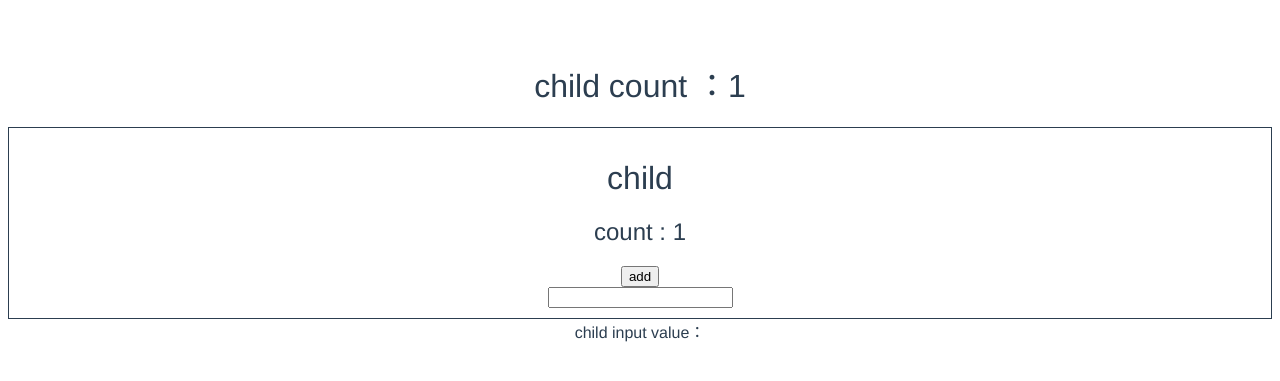
Repository: NotTooTwo/vueRouter
Page: /#/
An editor plug-in stored every save of this project. The page is shown before and after the next save, followed by the edit.
The browser window is 1280 px wide. The pictures show the whole page.
The project was rebuilt for these pictures with package versions that can differ from the ones it lists, and the page was loaded fresh each time.

Above is the page before, as saved 2018-03-13 10:37:19.

### src/components/HelloWorld.vue
<template>
  <div class="hello">
    <h1>child count ：{{childNum}}</h1>
    <!-- 子组件给父组件传参：子组件内(add()函数)$emit触发父组件的预定义的触发函数 -->
    <Child :countNum=1 v-on:childCount="countChildNum"></Child>
    <div>child input value：{{msg}}</div>
  </div>
</template>

<script>
import Child from './child'
export default {
  name: 'HelloWorld',
  data () {
    return {
      msg: '',
      childNum:1
    }
  },
methods:{
  countChildNum(num){
      this.childNum = num;
  }
},
components:{
    Child
  }
}
</script>

<!-- Add "scoped" attribute to limit CSS to this component only -->
<style scoped>
h1, h2 {
  font-weight: normal;
}
ul {
  list-style-type: none;
  padding: 0;
}
li {
  display: inline-block;
  margin: 0 10px;
}
a {
  color: #42b983;
}
</style>

### src/components/child.vue
<template>
  <div class="child">
    <h1>child</h1>
    <h2>count : {{count}}</h2>
    <button @click='add'>add</button>
    <div>
      <input type="text" v-model="childVal">
    </div>
  </div>
</template>

<script>
export default {
  name: 'child',
  data () {
    return {
      msg: 'Welcome to Your Vue.js App',
      count: 0,
      childVal:''
    }
  },
  props:[
    'countNum'
  ],
  created(){
    this.count=this.countNum;
  },
  watch:{
      'childVal'(val,old){
          this.$parent.msg = val
      }
  },
  methods:{
    add(){
      ++this.count;
      this.$emit('childCount',this.count)
    },
    sendMsg(){
      console.log(this.$parent.msg)
      // this.$set(this.$parent,'msg',this.childVal)
      this.$parent.msg = this.childVal
    }
  }
}
</script>

<!-- Add "scoped" attribute to limit CSS to this component only -->
<style scoped>
h1, h2 {
  font-weight: normal;
}
ul {
  list-style-type: none;
  padding: 0;
}
li {
  display: inline-block;
  margin: 0 10px;
}
a {
  color: #42b983;
}
.child{
  padding: 10px;
  border: 1px solid
}
</style>

Loaded but not shown: index.html (common file); src/main.js (common file); src/App.vue (common file); src/router/index.js (common file)

After the next save:
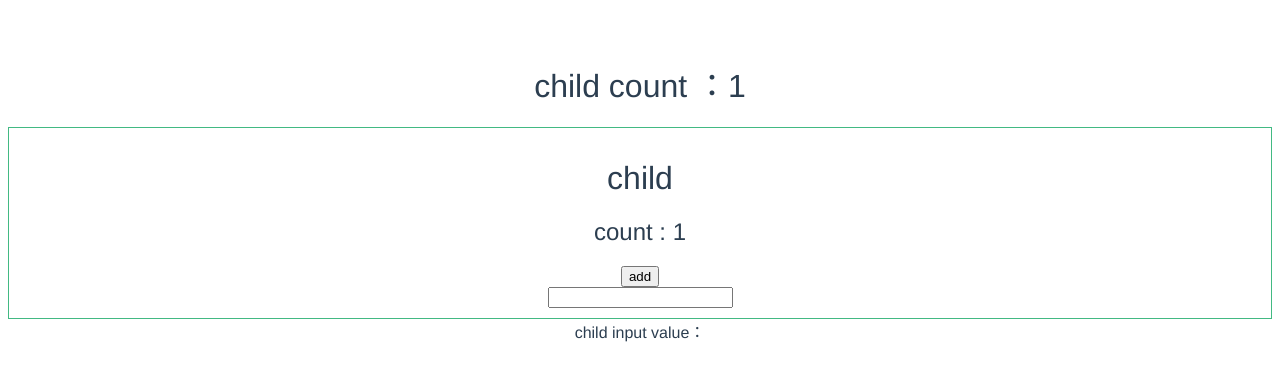
Saved 7 s later.
--- a/src/components/child.vue
+++ b/src/components/child.vue
@@ -62,6 +62,7 @@ a {
 }
 .child{
   padding: 10px;
-  border: 1px solid
+  border: 1px solid #42b983;
+
 }
 </style>
